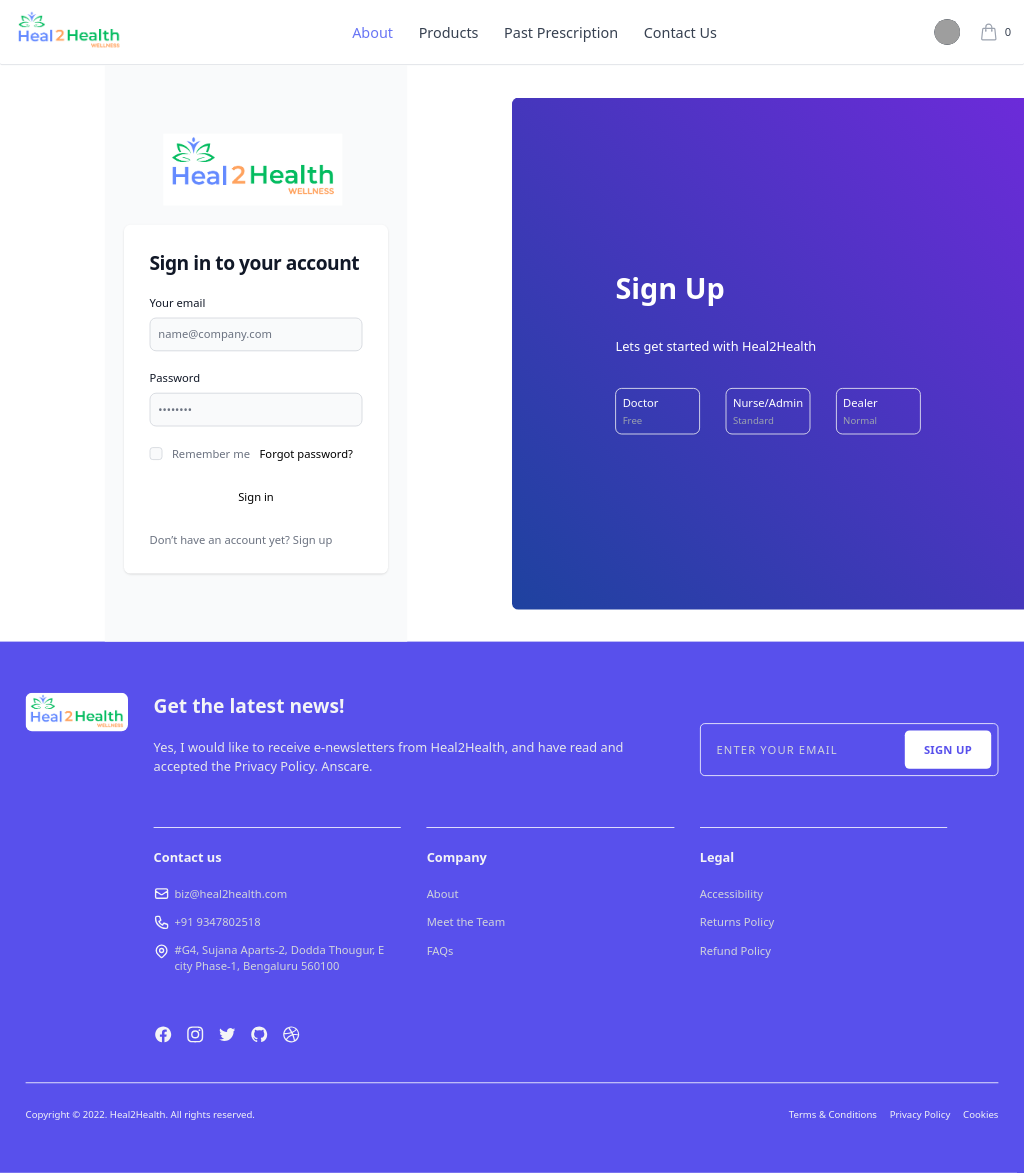
Repository: Akash123-coder/H2H
Page: /login (app in Frontend/)
The author's editor kept a copy of each file at every save. The page is drawn from the files as they stood at one save, then again after the next save.
The browser window is 1280 px wide. The pictures show the whole page, at 80% of full size.
Pictures or frames that could not be fetched are drawn as grey boxes. The project was rebuilt for these pictures with package versions that can differ from the ones it lists, and the page was loaded fresh each time. Also part of the build but not shown: Frontend/vite.config.ts, Frontend/src/pages/About.tsx, Frontend/src/components/Cta.jsx, Frontend/src/pages/Home.jsx, Frontend/src/components/Product.tsx, Frontend/src/pages/Prescription.jsx, Frontend/src/pages/SignUp.jsx, Frontend/src/pages/CompanyNameSelect.jsx and 3 more.

Above is the page before, as saved 2022-10-04 12:56:26.

### Frontend/index.html
<!DOCTYPE html>
<html lang="en">
  <head>
    <meta charset="UTF-8" />
    <link rel="icon" type="image/svg+xml" href="/vite.svg" />
    <meta name="viewport" content="width=device-width, initial-scale=1.0" />
    <title>Heal2Health</title>
  </head>
  <body>
    <div id="root"></div>
    <script type="module" src="/src/main.tsx"></script>
  </body>
</html>

### Frontend/src/main.tsx
import React from 'react'
import ReactDOM from 'react-dom/client'
import App from './App'
import './index.css'
import {BrowserRouter} from 'react-router-dom'

ReactDOM.createRoot(document.getElementById('root') as HTMLElement).render(
  <React.StrictMode>
    <BrowserRouter>
    <App />
    </BrowserRouter>
  </React.StrictMode>
)

### Frontend/src/App.jsx
import { Routes, Route } from "react-router-dom";
import Navbar from "./components/Navbar.jsx";
import { ShoppingCartProvider } from "./context/ShoppingCartContext";
import About from "./pages/About";
import Home from "./pages/Home";
import Prescription from "./pages/Prescription";
import SignUp from "./pages/SignUp";
import Footer from "./components/Footer";
import Login from "./pages/Login";
import Cart from "./pages/Cart";
import CompanyNameSelect from "./pages/CompanyNameSelect.jsx";
import PastPrescription from "./pages/PastPrescription.jsx";

function App() {
  return (
    <ShoppingCartProvider>
      <Navbar />
      <Routes>
        <Route path="/" element={<Home />} />
        <Route path="/prescription" element={<Prescription />} />
        <Route path="/about" element={<About />} />
        <Route path="/login" element={<Login />} />
        <Route path="/SignUp" element={<SignUp />} />
        <Route path="/pastprescription" element={<PastPrescription />} />
        {/* <Route path="/SignUp" element={<CompanyNameSelect />} /> */}
      </Routes>
      <Footer />
    </ShoppingCartProvider>
  );
}

export default App;

### Frontend/src/context/ShoppingCartContext.tsx
import {useContext ,useState, createContext ,ReactNode} from 'react'

const ShoppingCartContext = createContext({})

type ShoppingCartProviderProps ={
    children: ReactNode
}
type CartItem = {
    id: number
    quantity:number
}


type ShoppingCartContext ={
    CartQuantity:number
    CartItems:CartItem[]
    getItemQuantity:(id: number) => number
    increaseItemQuantity:(id: number) => void
    decreaseItemQuantity:(id: number) => void
    removeFromCart:(id: number) => void
}

export function useShoppingCart() {
  return ( useContext(ShoppingCartContext)
  )
}

export function ShoppingCartProvider({children}:ShoppingCartProviderProps){
    const [cartItems ,setCartItems] = useState<CartItem>([]);

    const CartQuantity = cartItems.reduce(
        (quantity ,item) => item.quantity + quantity,0
    )

    function getItemQuantity(id : number){
        return cartItems.find( item => item.id === id)?.quantity || 0
    }
    function increaseItemQuantity(id : number){
         setCartItems(currItems =>{
            if(currItems.find(item => item.id === id)==null){
                return [...currItems, {id , quantity : 1}]

            } else {
                return currItems.map(item =>{
                    if(item.id === id ){
                        return {...item ,quantity: item.quantity + 1}
                    }else{
                        return item
                    }
                })
            }
         })
    }
    function decreaseItemQuantity(id: number) {
        setCartItems(currItems => {
          if (currItems.find(item => item.id === id)?.quantity === 1) {
            return currItems.filter(item => item.id !== id)
          } else {
            return currItems.map(item => {
              if (item.id === id) {
                return { ...item, quantity: item.quantity - 1 }
              } else {
                return item
              }
            })
          }
        })
      }
    function removeFromCart(id : number){
        setCartItems(currItems =>{
            return currItems.filter(item =>item.id!==id)
        })
    }
    return (

        <ShoppingCartContext.Provider value = {{getItemQuantity,increaseItemQuantity,decreaseItemQuantity ,removeFromCart,cartItems,CartQuantity}}>
            {children}
        </ShoppingCartContext.Provider>
    )
}

### Frontend/src/pages/Login.jsx
import React from 'react'
import { NavLink } from 'react-router-dom';
import logo from "../assets/logo.png";



function Login() {
  return (
    <div class="h-full md:h-screen md:flex py-10 ">
      <div class="grid grid-flow-col md:flex md:w-1/2 justify-center  items-center bg-white">
        <div>
          <section class="bg-gray-50 dark:bg-gray-900">
            <div class="flex flex-col items-center justify-center px-6 py-8 mx-auto md:h-screen lg:py-0">
              <a
                href="#"
                class="flex items-center mb-6 text-2xl font-semibold text-gray-900 dark:text-white"
              >
                <img class=" h-auto w-56 mr-2" src={logo} alt="logo" />
              </a>
              <div class="w-full bg-white rounded-lg shadow dark:border md:mt-0 sm:max-w-md xl:p-0 dark:bg-gray-800 dark:border-gray-700">
                <div class="p-6 space-y-4 md:space-y-6 sm:p-8">
                  <h1 class="text-xl font-bold leading-tight tracking-tight text-gray-900 md:text-2xl dark:text-white">
                    Sign in to your account
                  </h1>
                  <form class="space-y-4 md:space-y-6" action="#">
                    <div>
                      <label
                        for="email"
                        class="block mb-2 text-sm font-medium text-gray-900 dark:text-white"
                      >
                        Your email
                      </label>
                      <input
                        type="email"
                        name="email"
                        id="email"
                        class="bg-gray-50 border border-gray-300 text-gray-900 sm:text-sm rounded-lg focus:ring-primary-600 focus:border-primary-600 block w-full p-2.5 dark:bg-gray-700 dark:border-gray-600 dark:placeholder-gray-400 dark:text-white dark:focus:ring-blue-500 dark:focus:border-blue-500"
                        placeholder="name@company.com"
                        required=""
                      />
                    </div>
                    <div>
                      <label
                        for="password"
                        class="block mb-2 text-sm font-medium text-gray-900 dark:text-white"
                      >
                        Password
                      </label>
                      <input
                        type="password"
                        name="password"
                        id="password"
                        placeholder="••••••••"
                        class="bg-gray-50 border border-gray-300 text-gray-900 sm:text-sm rounded-lg focus:ring-primary-600 focus:border-primary-600 block w-full p-2.5 dark:bg-gray-700 dark:border-gray-600 dark:placeholder-gray-400 dark:text-white dark:focus:ring-blue-500 dark:focus:border-blue-500"
                        required=""
                      />
                    </div>
                    <div class="flex items-center justify-between">
                      <div class="flex items-start">
                        <div class="flex items-center h-5">
                          <input
                            id="remember"
                            aria-describedby="remember"
                            type="checkbox"
                            class="w-4 h-4 border border-gray-300 rounded bg-gray-50 focus:ring-3 focus:ring-primary-300 dark:bg-gray-700 dark:border-gray-600 dark:focus:ring-primary-600 dark:ring-offset-gray-800"
                            required=""
                          />
                        </div>
                        <div class="ml-3 text-sm">
                          <label
                            for="remember"
                            class="text-gray-500 dark:text-gray-300"
                          >
                            Remember me
                          </label>
                        </div>
                      </div>
                      <a
                        href="#"
                        class="text-sm font-medium text-primary-600 hover:underline px-3 dark:text-primary-500"
                      >
                        Forgot password?
                      </a>
                    </div>
                    <button
                      type="submit"
                      class="w-full text-black bg-primary-600 hover:bg-primary-700 focus:ring-4 focus:outline-none focus:ring-primary-300 font-medium rounded-lg text-sm px-5 py-2.5 text-center dark:bg-primary-600 dark:hover:bg-primary-700 dark:focus:ring-primary-800"
                    >
                      Sign in
                    </button>
                    <p class="text-sm font-light text-gray-500 dark:text-gray-400">
                      Don’t have an account yet?{" "}
                      <NavLink
                        to="/signUp"
                        class="font-medium text-primary-600 hover:underline dark:text-primary-500"
                      >
                        Sign up
                      </NavLink>
                    </p>
                  </form>
                </div>
              </div>
            </div>
          </section>
        </div>
      </div>
      <div class="relative flex w-full h-full overflow-hidden md:flex md:w-1/2  bg-gradient-to-tr md:rounded-l-lg from-blue-800 to-purple-700 i justify-around items-center ">
        <div>
          <h1 class="text-white font-bold text-4xl font-sans my-10">Sign Up</h1>
          <p class="text-white mt-1">Lets get started with Heal2Health</p>
          <div class="grid grid-flow-row md:grid-cols-3 pb-10 gap-8 text-white mt-10 ">
            <div class="relative">
              <input
                class="hidden group peer"
                type="radio"
                name="shippingOption"
                value="standard_alt"
                id="standard_alt"
              />

              <label
                class="block p-2 text-sm font-medium transition-colors border border-gray-100  hover:text-gray-800 rounded-lg shadow-sm cursor-pointer peer-checked:border-indigo-500 peer-checked:bg-white peer-checked:text-black hover:bg-gray-50 peer-checked:ring-1 peer-checked:ring-indigo-500"
                for="standard_alt"
              >
                <span> Doctor </span>

                <span class="block mt-1 text-xs text-gray-400"> Free </span>
              </label>

              <svg
                class="absolute w-5 h-5 text-indigo-600 opacity-0 top-8 right-3 peer-checked:opacity-100"
                xmlns="http://www.w3.org/2000/svg"
                viewBox="0 0 20 20"
                fill="currentColor"
              >
                <path
                  fill-rule="evenodd"
                  d="M10 18a8 8 0 100-16 8 8 0 000 16zm3.707-9.293a1 1 0 00-1.414-1.414L9 10.586 7.707 9.293a1 1 0 00-1.414 1.414l2 2a1 1 0 001.414 0l4-4z"
                  clip-rule="evenodd"
                />
              </svg>
            </div>

            <div class="relative">
              <input
                class="hidden group peer"
                type="radio"
                name="shippingOption"
                value="next_day_alt"
                id="next_day_alt"
              />

              <label
                class="block p-2 text-sm font-medium transition-colors border  peer-checked:bg-white peer-checked:text-black  hover:text-gray-800 border-gray-100 rounded-lg shadow-sm cursor-pointer peer-checked:border-indigo-500 hover:bg-gray-50 peer-checked:ring-1 peer-checked:ring-indigo-500"
                for="next_day_alt"
              >
                <span> Nurse/Admin </span>

                <span class="block mt-1 text-xs text-gray-400"> Standard </span>
              </label>

              <svg
                class="absolute w-5 h-5 text-indigo-600 opacity-0 top-8 right-3 peer-checked:opacity-100"
                xmlns="http://www.w3.org/2000/svg"
                viewBox="0 0 20 20"
                fill="currentColor"
              >
                <path
                  fill-rule="evenodd"
                  d="M10 18a8 8 0 100-16 8 8 0 000 16zm3.707-9.293a1 1 0 00-1.414-1.414L9 10.586 7.707 9.293a1 1 0 00-1.414 1.414l2 2a1 1 0 001.414 0l4-4z"
                  clip-rule="evenodd"
                />
              </svg>
            </div>
            <div class="relative">
              <input
                class="hidden group peer"
                type="radio"
                name="shippingOption"
                value="day_alt"
                id="day_alt"
              />

              <label
                class="block p-2 text-sm font-medium transition-colors border  hover:text-gray-800  peer-checked:bg-white peer-checked:text-black border-gray-100 rounded-lg shadow-sm cursor-pointer peer-checked:border-indigo-500 hover:bg-gray-50 peer-checked:ring-1 peer-checked:ring-indigo-500"
                for="day_alt"
              >
                <span> Dealer </span>

                <span class="block mt-1 text-xs text-gray-400"> Normal </span>
              </label>

              <svg
                class="absolute w-5 h-5 text-indigo-600 opacity-0 top-8 right-3 peer-checked:opacity-100"
                xmlns="http://www.w3.org/2000/svg"
                viewBox="0 0 20 20"
                fill="currentColor"
              >
                <path
                  fill-rule="evenodd"
                  d="M10 18a8 8 0 100-16 8 8 0 000 16zm3.707-9.293a1 1 0 00-1.414-1.414L9 10.586 7.707 9.293a1 1 0 00-1.414 1.414l2 2a1 1 0 001.414 0l4-4z"
                  clip-rule="evenodd"
                />
              </svg>
            </div>
          </div>
        </div>

        <div class="absolute hidden   -bottom-32 -left-40 w-80 h-80 border-4 rounded-full border-opacity-30 border-t-8"></div>
        <div class="absolute hidden  -bottom-40 -left-20 w-80 h-80 border-4 rounded-full border-opacity-30 border-t-8"></div>
        <div class="absolute hidden  -top-40 -right-0 w-80 h-80 border-4 rounded-full border-opacity-30 border-t-8"></div>
        <div class="absolute hidden  -top-20 -right-20 w-80 h-80 border-4 rounded-full border-opacity-30 border-t-8"></div>
      </div>
    </div>
  );
}

export default Login;


{/* <form class="bg-white">
  <h1 class="text-gray-800 font-bold text-2xl mb-1">Hello Again!</h1>
  <p class="text-sm font-normal text-gray-600 mb-7">Welcome Back</p>
  <div class="flex items-center border-2 py-2 px-3 rounded-2xl mb-4">
    <svg
      xmlns="http://www.w3.org/2000/svg"
      class="h-5 w-5 text-gray-400"
      viewBox="0 0 20 20"
      fill="currentColor"
    >
      <path
        fill-rule="evenodd"
        d="M10 9a3 3 0 100-6 3 3 0 000 6zm-7 9a7 7 0 1114 0H3z"
        clip-rule="evenodd"
      />
    </svg>
    <input
      class="pl-2 outline-none border-none"
      type="text"
      name=""
      id=""
      placeholder="Full name"
    />
  </div>
  <div class="flex items-center border-2 py-2 px-3 rounded-2xl mb-4">
    <svg
      xmlns="http://www.w3.org/2000/svg"
      class="h-5 w-5 text-gray-400"
      fill="none"
      viewBox="0 0 24 24"
      stroke="currentColor"
    >
      <path
        stroke-linecap="round"
        stroke-linejoin="round"
        stroke-width="2"
        d="M12 11c0 3.517-1.009 6.799-2.753 9.571m-3.44-2.04l.054-.09A13.916 13.916 0 008 11a4 4 0 118 0c0 1.017-.07 2.019-.203 3m-2.118 6.844A21.88 21.88 0 0015.171 17m3.839 1.132c.645-2.266.99-4.659.99-7.132A8 8 0 008 4.07M3 15.364c.64-1.319 1-2.8 1-4.364 0-1.457.39-2.823 1.07-4"
      />
    </svg>
    <input
      class="pl-2 outline-none border-none"
      type="text"
      name=""
      id=""
      placeholder="Username"
    />
  </div>
  <div class="flex items-center border-2 py-2 px-3 rounded-2xl mb-4">
    <svg
      xmlns="http://www.w3.org/2000/svg"
      class="h-5 w-5 text-gray-400"
      fill="none"
      viewBox="0 0 24 24"
      stroke="currentColor"
    >
      <path
        stroke-linecap="round"
        stroke-linejoin="round"
        stroke-width="2"
        d="M16 12a4 4 0 10-8 0 4 4 0 008 0zm0 0v1.5a2.5 2.5 0 005 0V12a9 9 0 10-9 9m4.5-1.206a8.959 8.959 0 01-4.5 1.207"
      />
    </svg>
    <input
      class="pl-2 outline-none border-none"
      type="text"
      name=""
      id=""
      placeholder="Email Address"
    />
  </div>
  <div class="flex items-center border-2 py-2 px-3 rounded-2xl">
    <svg
      xmlns="http://www.w3.org/2000/svg"
      class="h-5 w-5 text-gray-400"
      viewBox="0 0 20 20"
      fill="currentColor"
    >
      <path
        fill-rule="evenodd"
        d="M5 9V7a5 5 0 0110 0v2a2 2 0 012 2v5a2 2 0 01-2 2H5a2 2 0 01-2-2v-5a2 2 0 012-2zm8-2v2H7V7a3 3 0 016 0z"
        clip-rule="evenodd"
      />
    </svg>
    <input
      class="pl-2 outline-none border-none"
      type="text"
      name=""
      id=""
      placeholder="Password"
    />
  </div>
  <button
    type="submit"
    class="block w-full bg-indigo-600 mt-4 py-2 rounded-2xl text-white font-semibold mb-2"
  >
    Login
  </button>
  <span class="text-sm ml-2 hover:text-blue-500 cursor-pointer">
    Forgot Password ?
  </span>
</form>; */}

### Frontend/tailwind.config.cjs
/** @type {import('tailwindcss').Config} */
module.exports = {
  content: [
    "./src/**/*.{js,jsx,ts,tsx}",
    "node_modules/flowbite-react/**/*.{js,jsx,ts,tsx}",
  ],
  theme: {
    extend: {},
  },
  plugins: [require("flowbite/plugin"), require("@tailwindcss/forms")],
};

Loaded but not shown: Frontend/src/index.css (common file); Frontend/src/components/Footer.jsx (300 lines, source omitted); Frontend/src/pages/Cart.jsx (227 lines, source omitted); Frontend/src/components/Navbar.jsx (181 lines, source omitted)

After the next save:
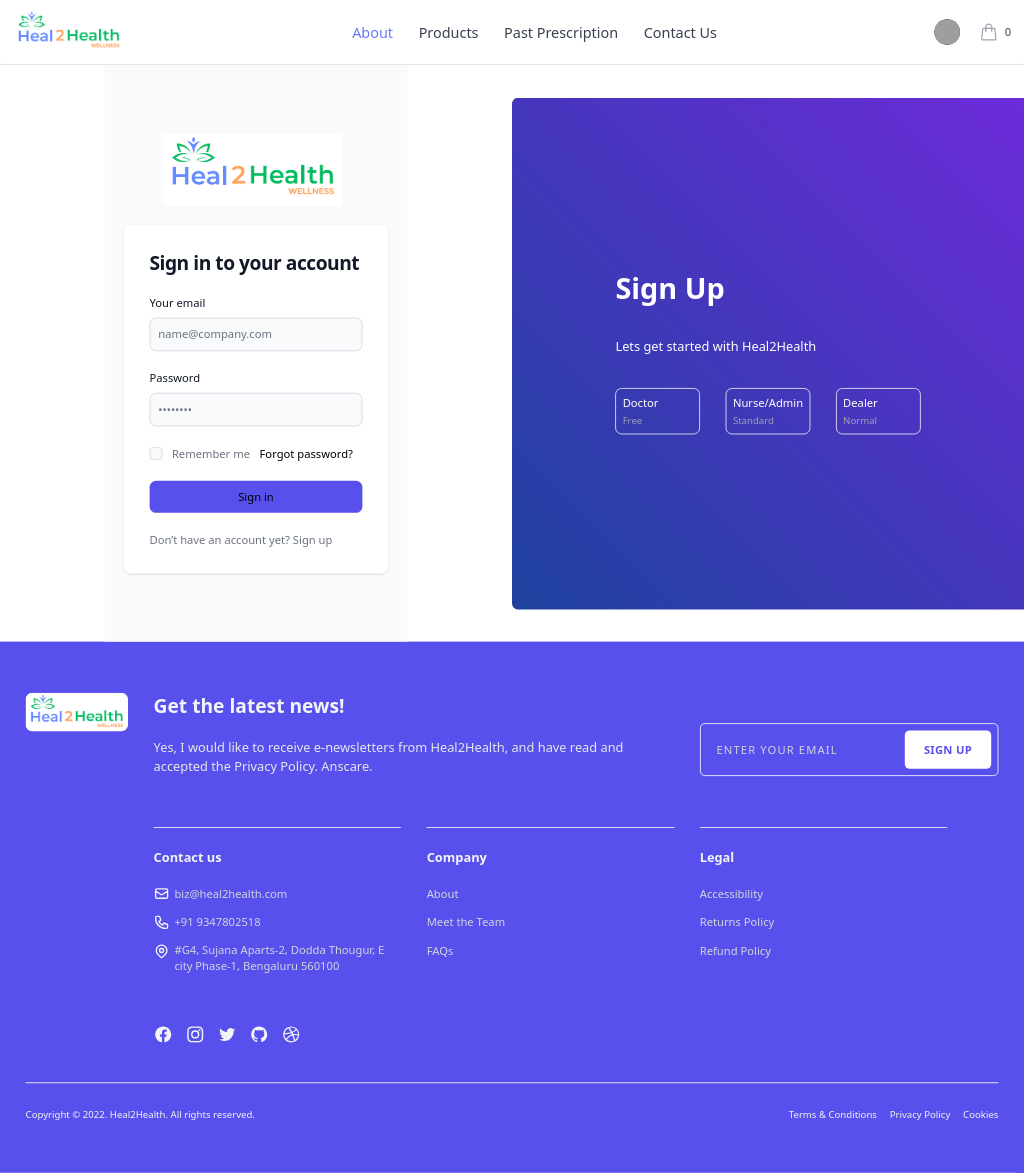
Saved 12 s later.
--- a/Frontend/src/pages/Login.jsx
+++ b/Frontend/src/pages/Login.jsx
@@ -84,7 +84,7 @@
                     </div>
                     <button
                       type="submit"
-                      class="w-full text-black bg-primary-600 hover:bg-primary-700 focus:ring-4 focus:outline-none focus:ring-primary-300 font-medium rounded-lg text-sm px-5 py-2.5 text-center dark:bg-primary-600 dark:hover:bg-primary-700 dark:focus:ring-primary-800"
+                      class="w-full text-black bg-indigo-600 hover:bg-primary-700 focus:ring-4 focus:outline-none focus:ring-primary-300 font-medium rounded-lg text-sm px-5 py-2.5 text-center dark:bg-primary-600 dark:hover:bg-primary-700 dark:focus:ring-primary-800"
                     >
                       Sign in
                     </button>
